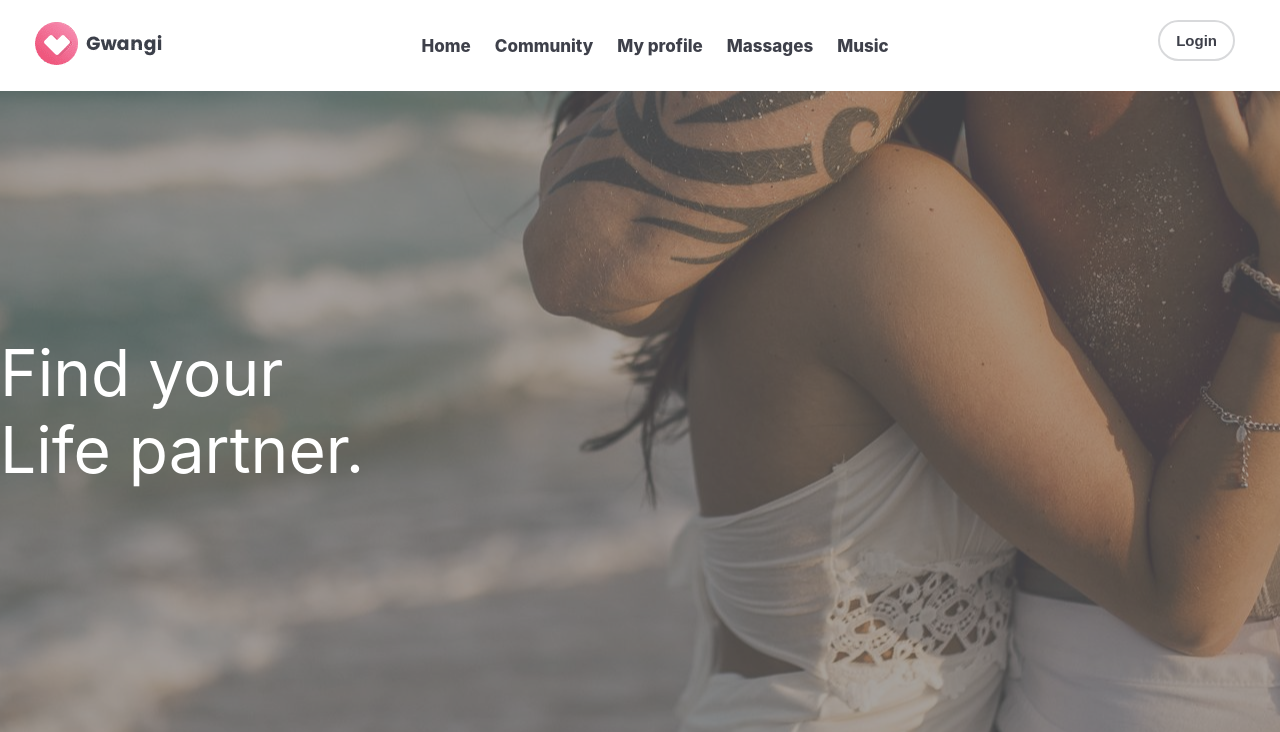
Repository: ShokunLiubov/Soc-Network-React
Page: /login
These files come from the project's save history. The page is drawn as it stood at one moment and after the next save; the edit follows.
The browser window is 1280 px wide. The pictures show the whole page.
The project was rebuilt for these pictures with package versions that can differ from the ones it lists, and the page was loaded fresh each time. Also part of the build but not shown: src/components/common/Paginator/Paginator.module.css, src/components/common/Paginator/Paginator.jsx, src/components/Community/Community.module.css, src/components/Community/Friend/Friend.jsx, src/components/Community/Community.jsx, src/components/common/Preloader/Preloader.jsx, src/components/Community/CommunityContainer.jsx, src/components/Dialogs/Dialogs.module.css and 14 more.

Above is the page before, as saved 2022-08-24 17:35:01.

### src/index.js
import reportWebVitals from './reportWebVitals';
import store from './redux/redux-store';
import React from 'react';
import ReactDOM from 'react-dom/client';
import './index.css';
import App from './App';
import { BrowserRouter } from 'react-router-dom';
import { Provider } from 'react-redux'

const root = ReactDOM.createRoot(document.getElementById('root'));

  root.render(

      <BrowserRouter>
        <Provider store={store}>
          <App />
        </Provider>
      </BrowserRouter>


  );


// If you want to start measuring performance in your app, pass a function
// to log results (for example: reportWebVitals(console.log))
// or send to an analytics endpoint. Learn more: https://bit.ly/CRA-vitals
reportWebVitals();

### src/redux/redux-store.js
import {combineReducers, legacy_createStore as createStore} from "redux"
import dialogsReducer from "./dialogs-reducer"
import profileReducer from "./profile-reducer"
import communityReducer from "./community-reducer"
import authReducer from "./auth-reducer"

let reducers = combineReducers({
    profilePage : profileReducer,
    dialogsPage : dialogsReducer,
    communityPage : communityReducer,
    auth: authReducer
})

let store = createStore(reducers)

export default store;

### src/App.js
import React from 'react';
import { Routes, Route } from "react-router-dom";
import './App.css';
import Registration from './components/Auth/Registration/Registration';
import CommunityContainer from './components/Community/CommunityContainer';
import DialogsContainer from './components/Dialogs/DialogsContainer';
import Home from './components/Home/Home';
import Music from './components/Music/Music';
import Navbar from './components/Navbar/Navbar';
import ProfileContainer from './components/Profile/ProfileContainer';

function App(props) {
  return (

    <div className='app-wrapper'>
      <Navbar />
      <Routes>
        <Route path='/home/*' element={<Home />} />

        <Route path='/community/*' element={<CommunityContainer />} />

        <Route path='/profile/:id' element={<ProfileContainer />} />
        <Route path='/profile/*' element={<ProfileContainer />} />

        <Route path='/dialogs/*' element={<DialogsContainer />} />

        <Route path='/music/*' element={<Music />} />

        <Route path='/login/*' element={<Registration />} />

      </Routes>

    </div>

  );
}

export default App;

### src/redux/dialogs-reducer.js
const SAND_MASSAGE = 'SAND-MASSAGE'
const UPDATE_NEW_MASSAGE_TEXT = 'UPDATE-NEW-MASSAGE-TEXT'

let initialState = {
    dialogsData: [
        { id: 1, name: 'Vika', ava: './../images/ava-w1.jpeg' },
        { id: 2, name: 'Eugen', ava: './../images/ava-m2.png' },
        { id: 3, name: 'Liubov', ava: './../images/ava-w3.jpeg' },
        { id: 4, name: 'Max', ava: './../images/ava-m1.jpeg' },
        { id: 5, name: 'Nika', ava: './../images/ava-w2.webp' }
    ],
    massagesData: [
        { id: 1, massage: 'Hi' },
        { id: 2, massage: 'How are you?' },
        { id: 3, massage: 'I am okey!' }
    ],
    newMassageText: ''
}

const dialogsReducer = (state = initialState, action) => {

    switch (action.type) {
        case SAND_MASSAGE:
            let text = state.newMassageText
            return {
                ...state,
                newMassageText: '',
                massagesData: [...state.massagesData, {id: Date.now(),massage: text}]
            }

        case UPDATE_NEW_MASSAGE_TEXT:
            return {
                ...state,
                newMassageText: action.newText
            }

        default:
            return state
    }

}

export const sandMassage = () => ({ type: SAND_MASSAGE })

export const onMassageChange = (text) =>
    ({ type: UPDATE_NEW_MASSAGE_TEXT, newText: text })

export default dialogsReducer;

### src/redux/profile-reducer.js
const ADD_POST = 'ADD-POST'
const UPDATE_NEW_POST_TEXT = 'UPDATE-NEW-POST-TEXT'
const SET_USER_PROFILE = 'SET-USER-PROFILE'

let initialState = {
    userProfile: {},
    postsData: [
        { id: 1, massage: 'Hi, how are you?', countLikes: '12', time: '29 minutes ago' },
        { id: 2, massage: 'It is my first post', countLikes: '99+', time: 'yesterday' },
        { id: 3, massage: 'My name Liubov, I am wife Eugen', countLikes: '32', time: 'week ago' }
    ],
    newPostText: ''
}

const profileReducer = (state = initialState, action) => {
    switch (action.type) {
        case ADD_POST:
            let newPost = {
                id: Date.now(),
                massage: state.newPostText,
                countLikes: '0',
                time: new Date().toLocaleTimeString()
            }
            return {
                ...state,
                newPostText: '',
                postsData: [newPost, ...state.postsData]
            }

        case UPDATE_NEW_POST_TEXT:
            return {
                ...state,
                newPostText: action.newText
            }
        case SET_USER_PROFILE:
            return {
                ...state,
                userProfile: action.profile

            }
        default:
            return state
    }


}

export const addPost = () => ({ type: ADD_POST })

export const updateNewPostText = (text) =>
    ({ type: UPDATE_NEW_POST_TEXT, newText: text })

export const setUserProfile = (profile) =>
    ({ type: SET_USER_PROFILE, profile})


export default profileReducer;

### src/redux/community-reducer.js
const FOLLOW = 'FOLLOW'
const UN_FOLLOW = 'UN-FOLLOW'
const SET_USERS = 'SET-USERS'
const SET_PAGE = 'SET-PAGE'
const SET_USERS_TOTAL_COUNT = 'SET-USERS-TOTAL-COUNT'
const TOGGLE_IS_FETCHING = 'TOGGLE-IS-FETCHING'

let initialState = {
    userData: [ ],
    pageSize: 10,
    totalUsersCount: 0,
    currentPage: 1,
    currentPageSize: 1,
    isFetching: false
}
const communityReducer = (state = initialState, action) => {
    switch (action.type) {
        case FOLLOW:
            return {
                ...state,
                userData: state.userData.map (user => {
                    if(user.id === action.userID) {
                        return {...user, followed: true}
                    }
                    return user
                })
            }
        case UN_FOLLOW:
            return {
                ...state,
                userData: state.userData.map (user => {
                    if(user.id === action.userID) {
                        return {...user, followed: false}
                    }
                    return user
                })
            }
        case SET_USERS:
            return {
                ...state,
                userData: action.users
            }
        case SET_PAGE:
            return {
                ...state,
                currentPage: action.page
                }
        case SET_USERS_TOTAL_COUNT:
            return {
                ...state,
                totalUsersCount: action.UsersTotalCount
            }
        case TOGGLE_IS_FETCHING:
            return {
                ...state,
                isFetching: action.isFetching
            }
        default:
            return state
    }
}

export const follow = (userID) => ({ type: FOLLOW, userID })

export const unFollow = (userID) => ({ type: UN_FOLLOW, userID })

export const setUsers = (users) => ({ type: SET_USERS, users })

export const setPage = (page) => ({ type: SET_PAGE, page })

export const setUsersTotalCount = (UsersTotalCount) => ({ type: SET_USERS_TOTAL_COUNT, UsersTotalCount })

export const toggleFetching = (isFetching) => ({ type: TOGGLE_IS_FETCHING, isFetching })

export default communityReducer;


// Создать кнопки prev next
// if(currentPage > 1) { prev
// } минус 1  при отрисовки подставляться значения, исключение первая страница
// Отображать в пагинации 5 стр и одну последнюю , учесть если будет меньше 5 стр

### src/redux/auth-reducer.js
const SET_USER_DATA = 'SET-USER-DATA'
// const UN_FOLLOW = 'UN-FOLLOW'

let initialState = {
    userId: undefined,
    email: undefined,
    login: undefined,
    isFetching: false
}
const authReducer = (state = initialState, action) => {
    switch (action.type) {
        case SET_USER_DATA:
            return {
                ...state,
                ...action.data
            }
        // case TOGGLE_IS_FETCHING:
        //     return {
        //         ...state,
        //         isFetching: action.isFetching
        //     }
        default:
            return state
    }
}

export const setUserData = (userId, email, login) => ({ type: SET_USER_DATA, data: {userId, email, login} })

// export const toggleFetching = (isFetching) => ({ type: TOGGLE_IS_FETCHING, isFetching })

export default authReducer;

### src/components/Auth/Registration/Registration.jsx
import React from 'react';
import styles from './Registration.module.css'

const Registration = () => {
    return (
        <div className={styles.background}>
            <div className={styles.registration}>
            <div className={styles.title}>Find your <br/>
            Life partner.</div>
            </div>

        </div>
    )
}

export default Registration;

### src/components/Dialogs/DialogsContainer.jsx
import React from 'react';
import { sandMassage, onMassageChange } from '../../redux/dialogs-reducer';
import Dialogs from './Dialogs';
import { connect } from 'react-redux'


let mapStateToProps = (state) => {
    return {
        dialogsData: state.dialogsPage.dialogsData,
        massagesData: state.dialogsPage.massagesData,
        newMassageText: state.dialogsPage.newMassageText
    }
}

const DialogsContainer = connect(mapStateToProps, { sandMassage, onMassageChange })(Dialogs)

export default DialogsContainer;

### src/components/Navbar/Navbar.jsx
import React from 'react';
import { NavLink } from 'react-router-dom';
import styles from './Navbar.module.css'

const Navbar = () => {
    return (
        <div className={styles.navbar}>
            {/* LOGO */}
            <div className={styles.logo}><img src='./../images/logotype.png' /></div>
             {/* LOGO */}

            {/* MENU */}
            <nav className={styles.menu}>
                <div className={styles.item}>
                    <NavLink to='/home' className={navData => navData.isActive ? styles.active : styles.item}>Home</NavLink>
                </div>
                <div className={styles.item}>
                    <NavLink to='/community' className={navData => navData.isActive ? styles.active : styles.item}>Community</NavLink>
                </div>
                <div className={styles.item}>
                    <NavLink to='/profile' className={navData => navData.isActive ? styles.active : styles.item}>My profile</NavLink>
                </div>
                <div to='/dialogs' className={styles.item}>
                    <NavLink to='/dialogs' className={navData => navData.isActive ? styles.active : styles.item}>Massages</NavLink>
                </div>
                <div className={styles.item}>
                    <NavLink to='/music' className={navData => navData.isActive ? styles.active : styles.item}>Music</NavLink>
                </div>
            </nav>
            {/* MENU */}

            {/* LOGIN */}
            <NavLink to='/login' className={styles.login}>
                <button className='button'>Login</button>
            </NavLink>
            {/* LOGIN */}

        </div>
    )
}

export default Navbar;

### src/components/Auth/Registration/Registration.module.css
.background {
    background-image: url(./../../../../public/images/registration-bgr.jpeg);
    background-repeat: no-repeat;
    background-position: center;
    width: 100%;
    height: 89vh;
    position: relative;
    display: flex;
    align-items: center;
}

.background::before {
    content: " ";
    width: 100%;
    height: 89vh;
    background-color: #696a6e99;
    position: absolute;
    z-index: 1;
}

.registration {
    position: relative;
    z-index: 20;
}

.title {
    color: #ffffff;
    font-size: 64px;
}

### src/components/Navbar/Navbar.module.css
.navbar {
    display: flex;
    justify-content: space-between;
    align-items: center;
    padding: 20px 35px;
    background-color: #ffffff;
}

.logo {
    cursor: pointer;
}

.menu {
    display: flex;
}

.item a {
    margin: 0 12px;
    font-size: 17px;
    color: #3e404a;
    font-weight: 800;
    cursor: pointer;
    text-decoration: none;
}

.item a.active {
    color: #ef5b86;
}

.login {
    text-decoration: none;
}

### src/components/Profile/Profile_body/MyPosts/Post/Post.module.css
.post {
    background-color: #ffffff;
    border: 1px solid #e8e8e9;
    border-radius: 10px;
    margin: 50px 0;
    position: relative;
    width: 70%;
    min-height: 100px;
}

.personInfo img {
    position: absolute;
    top: -20px;
    left: -20px;
    width: 80px;
    height: 80px;
    object-fit: cover;
    border-radius: 10px;
}

.personInfo {
    display: flex;
}

.postInfo {
    margin: 10px 80px;
}

.nickname {
    color: #3e404a;
    font-size: 18px;
    font-weight: 700;
}

.time {
    color: #9da6b0;
    font-size: 12px;
    font-weight: 600;
    margin-top: 5px;
}

.massage {
    color: #9ca6af;
    font-size: 15px;
    font-weight: 700;
    margin: 10px 80px;
}

.like {
    width: 100%;
    display: flex;
    justify-content: end;
}

button{
    background: none;
    border: none;
    display: flex;
    align-items: center;
    margin: 0 10px 10px;
}

.countLike {
    margin-left: 5px;
    color: #9da6b0;
    font-size: 12px;
    font-weight: 500;
}

Loaded but not shown: public/index.html (common file); src/reportWebVitals.js (common file); src/index.css (common file); src/App.css (common file); src/components/Home/Home.module.css (no stored copy; drawn as an empty file); src/components/Music/Music.module.css (no stored copy; drawn as an empty file); src/components/Profile/Profile.module.css (no stored copy; drawn as an empty file)

After the next save:
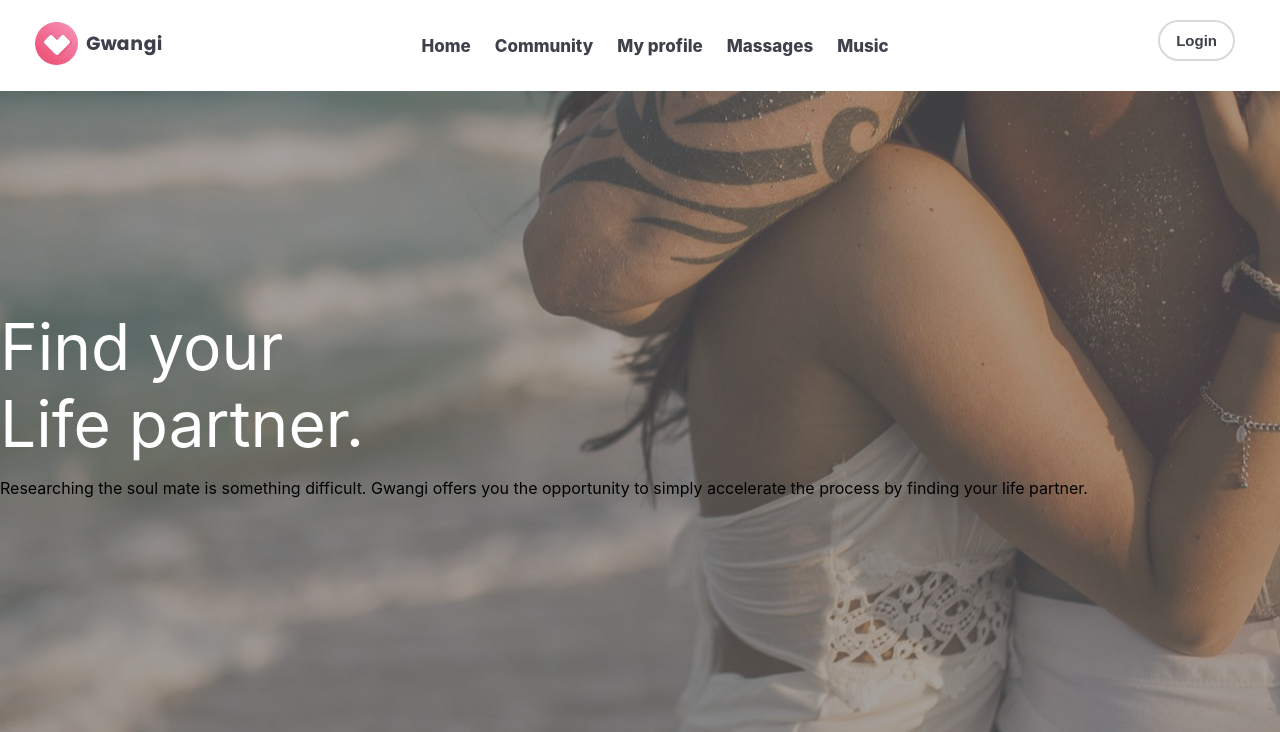
Saved 66 s later.
--- a/src/components/Auth/Registration/Registration.jsx
+++ b/src/components/Auth/Registration/Registration.jsx
@@ -7,6 +7,7 @@ const Registration = () => {
             <div className={styles.registration}>
             <div className={styles.title}>Find your <br/>
             Life partner.</div>
+            <p>Researching the soul mate is something difficult. Gwangi offers you the opportunity to simply accelerate the process by finding your life partner.</p>
             </div>
 
         </div>
